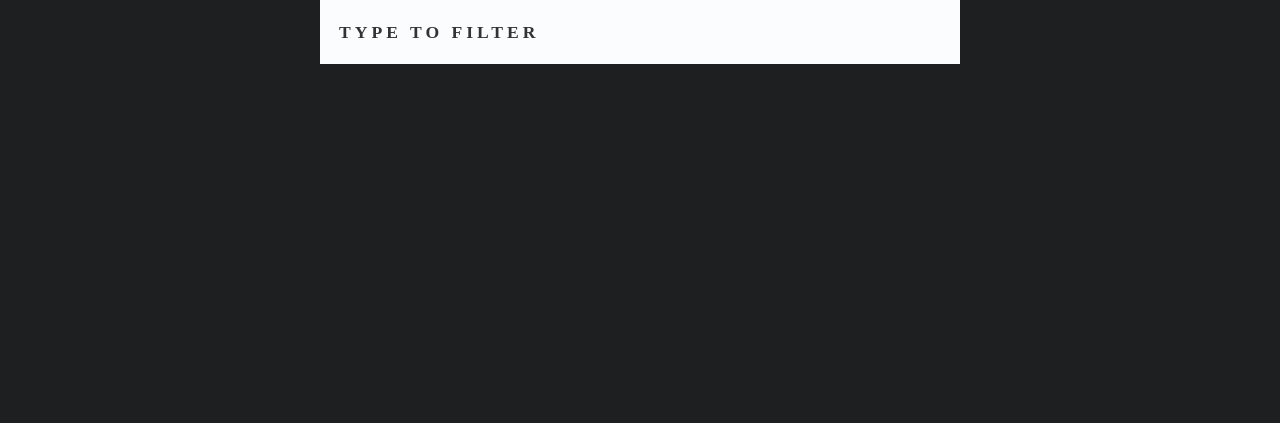
Repository: spihex/stage2-custom-dropdown
Page: index.html
These files come from the project's save history. The page is drawn as it stood at one moment and after the next save; the edit follows.
The browser window is 1280 px wide. The pictures show the whole page.

Above is the page before, as saved 2021-02-08 01:48:31.

After the next save:
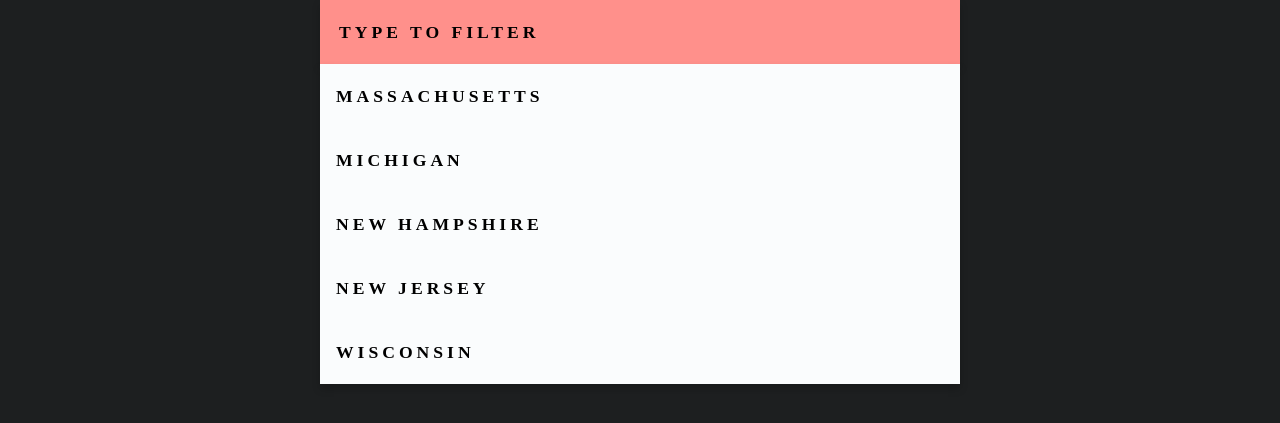
Saved 28 s later.
--- a/js/main.js
+++ b/js/main.js
@@ -1,8 +1,10 @@
-const dropdownInputField = document.querySelector('.dropdown__input');
+const dropDownInputField = document.querySelector('.dropdown__input');
 const dropdownList = document.querySelector('.dropdown__list');
 const dropdownArray = document.querySelectorAll('.dropdown__item');
+console.log(typeof dropdownArray)
 
-
+dropdownList.classList.add('open');
+dropDownInputField.focus(); // Demo purposes only
 let valueArray = [];
 dropdownArray.forEach(item => {
     valueArray.push(item.textContent);
@@ -12,9 +14,9 @@ const closeDropdown = () => {
     dropdownList.classList.remove('open');
 }
 
-dropdownInputField.addEventListener('input', () => {
+dropDownInputField.addEventListener('input', () => {
     dropdownList.classList.add('open');
-    let inputValue = dropdownInputField.value.toLowerCase();
+    let inputValue = dropDownInputField.value.toLowerCase();
     let valueSubstring;
     if (inputValue.length > 0) {
         for (let j = 0; j < valueArray.length; j++) {
@@ -33,29 +35,29 @@ dropdownInputField.addEventListener('input', () => {
 
 dropdownArray.forEach(item => {
     item.addEventListener('click', (evt) => {
-        dropdownInputField.value = item.textContent;
+        dropDownInputField.value = item.textContent;
         dropdownArray.forEach(dropdownList => {
             dropdownList.classList.add('closed');
         });
     });
 })
 
-dropdownInputField.addEventListener('focus', () => {
-    dropdownInputField.placeholder = 'Type to filter';
+dropDownInputField.addEventListener('focus', () => {
+    dropDownInputField.placeholder = 'Type to filter';
     dropdownList.classList.add('open');
     dropdownArray.forEach(dropdownList => {
         dropdownList.classList.remove('closed');
     });
 });
 
-dropdownInputField.addEventListener('blur', () => {
-    dropdownInputField.placeholder = 'Select state';
+dropDownInputField.addEventListener('blur', () => {
+    dropDownInputField.placeholder = 'Select state';
     dropdownList.classList.remove('open');
 });
 
 document.addEventListener('click', (evt) => {
     const isDropdown = dropdownList.contains(evt.target);
-    const isInput = dropdownInputField.contains(evt.target);
+    const isInput = dropDownInputField.contains(evt.target);
     if (!isDropdown && !isInput) {
         dropdownList.classList.remove('open');
     }
